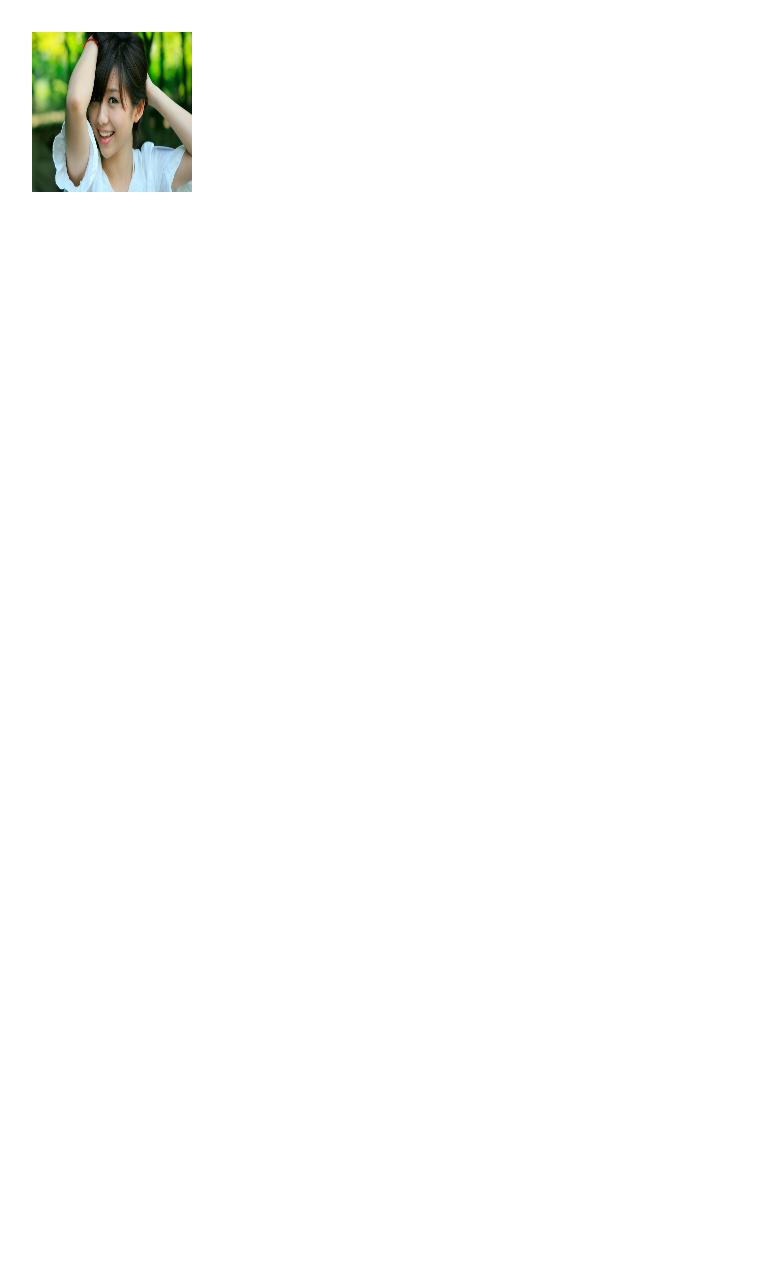
Repository: sonyi/androidClass
Layout: day04/PhoneDemo/res/layout/activity_main.xml
These files come from the project's save history. The layout is drawn as it stood at one moment and after the next save; the edit follows.
It is drawn on a 768 x 1280 px phone screen (xhdpi) without system bars, with theme AppTheme; the app's code is not run.

Above is the layout before, as saved 2014-05-29 09:07:09.

### day04/PhoneDemo/res/layout/activity_main.xml
<LinearLayout xmlns:android="http://schemas.android.com/apk/res/android"
    xmlns:tools="http://schemas.android.com/tools"
    android:layout_width="match_parent"
    android:layout_height="match_parent"
    android:orientation="vertical"
    android:paddingBottom="@dimen/activity_vertical_margin"
    android:paddingLeft="@dimen/activity_horizontal_margin"
    android:paddingRight="@dimen/activity_horizontal_margin"
    android:paddingTop="@dimen/activity_vertical_margin"
    tools:context=".MainActivity" >


        <Gallery
            android:id="@+id/gallery"
            android:layout_width="80dp"
            android:layout_height="80dp"
            android:background="@drawable/img_01"
             />


</LinearLayout>

Loaded but not shown: day04/PhoneDemo/res/values/styles.xml (common file); day04/PhoneDemo/res/values-v11/styles.xml (common file); day04/PhoneDemo/res/values-v14/styles.xml (common file); day04/PhoneDemo/res/values/dimens.xml (common file)

After the next save:
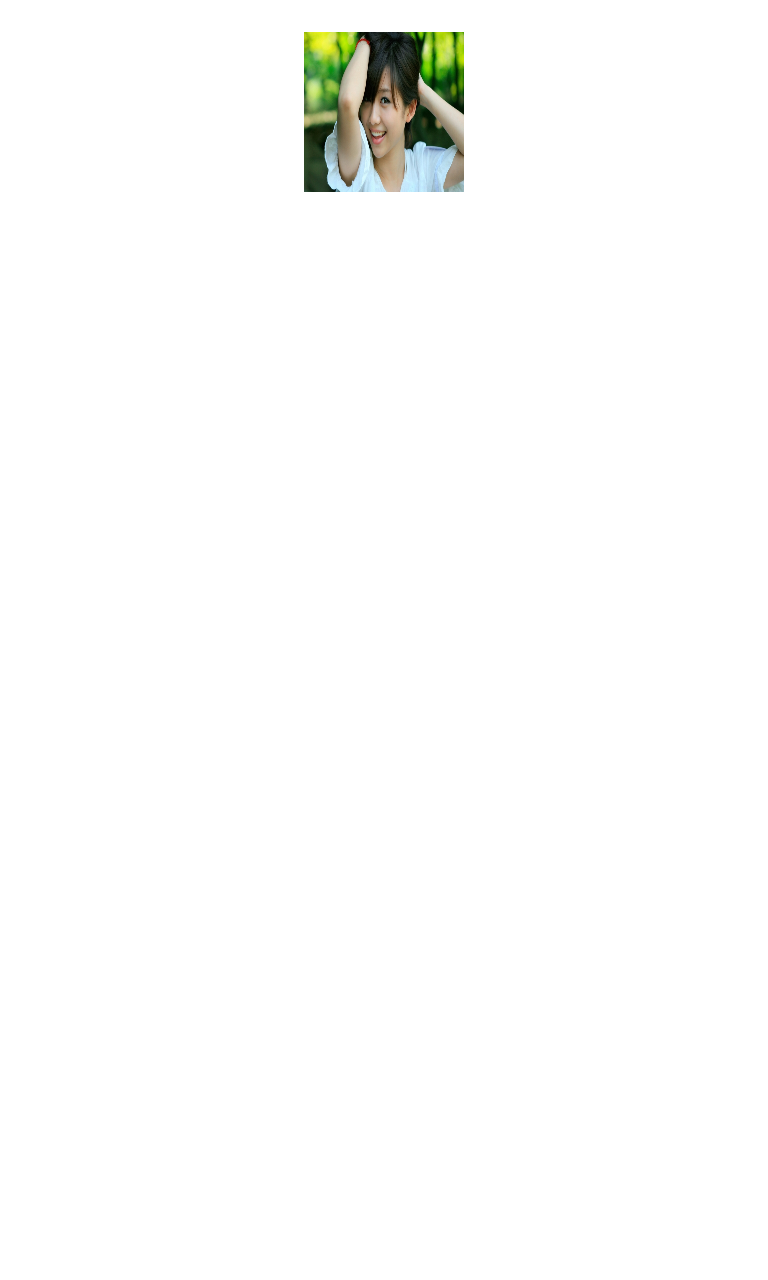
Saved 59 s later.
--- a/day04/PhoneDemo/res/layout/activity_main.xml
+++ b/day04/PhoneDemo/res/layout/activity_main.xml
@@ -1,4 +1,4 @@
-<LinearLayout xmlns:android="http://schemas.android.com/apk/res/android"
+<RelativeLayout xmlns:android="http://schemas.android.com/apk/res/android"
     xmlns:tools="http://schemas.android.com/tools"
     android:layout_width="match_parent"
     android:layout_height="match_parent"
@@ -14,8 +14,9 @@
             android:id="@+id/gallery"
             android:layout_width="80dp"
             android:layout_height="80dp"
+            android:layout_centerHorizontal="true"
             android:background="@drawable/img_01"
              />
 
 
-</LinearLayout>
+</RelativeLayout>
